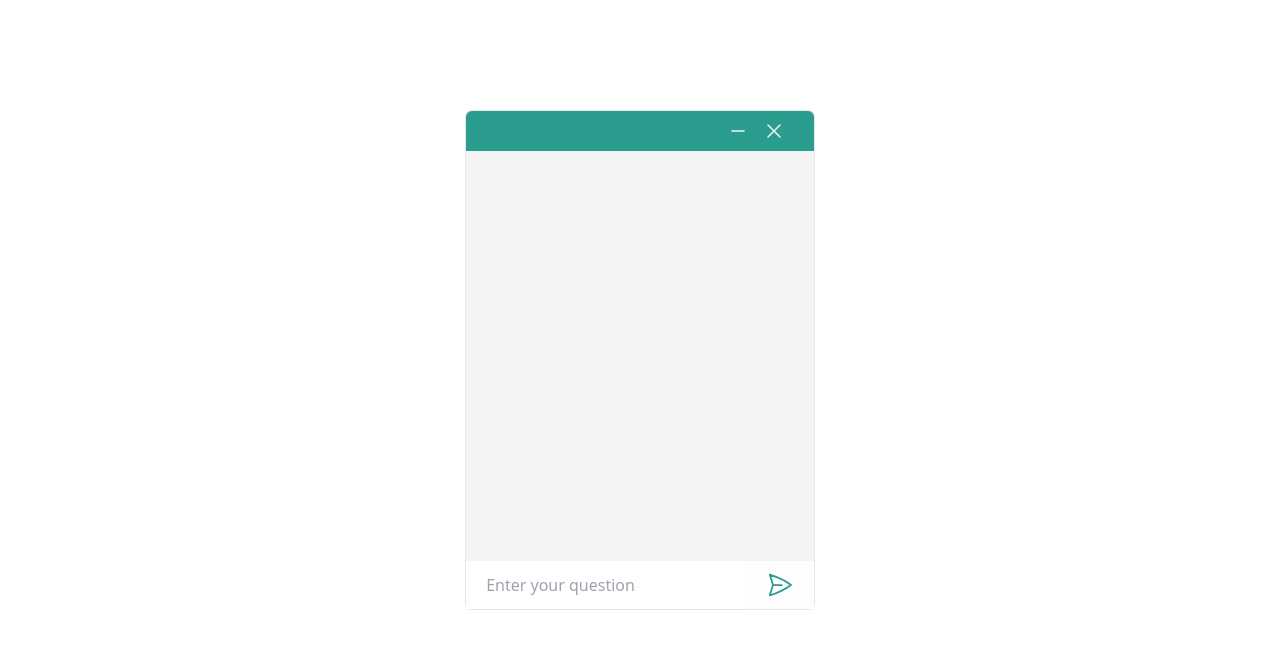
Repository: hsumyatm7308/Chatbot
Page: index.html
The author's editor kept a copy of each file at every save. The page is drawn from the files as they stood at one save, then again after a run of saves.
The browser window is 1280 px wide. The pictures show the whole page.
Some web libraries are served in a nearby version.

Above is the page before, as saved 2023-07-08 17:37:04.

### index.html
<!DOCTYPE html>
<html>

<head>
    <title>Chat Bot</title>
    <script src="https://cdn.tailwindcss.com"></script>
</head>

<body class="bg-[#fffff]">

    <div class="w-screen h-screen flex justify-center items-center  container">
        <div class="w-[350px] h-[500px] bg-[#f4f4f4] border border-b-stone-200 rounded-md relative chatbot-container">
            <div
                class="w-full h-10 text-[#f4f4f4] bg-[#2a9d8f] rounded-tl-md rounded-tr-md flex justify-end items-center">
                <svg xmlns="http://www.w3.org/2000/svg" fill="none" viewBox="0 0 24 24" stroke-width="1.5"
                    stroke="currentColor" class="w-6 h-6 mr-3">
                    <path stroke-linecap="round" stroke-linejoin="round" d="M18 12H6" />
                </svg>

                <svg xmlns="http://www.w3.org/2000/svg" fill="none" viewBox="0 0 24 24" stroke-width="1.5"
                    stroke="currentColor" class="w-6 h-6 mr-7">
                    <path stroke-linecap="round" stroke-linejoin="round" d="M6 18L18 6M6 6l12 12" />
                </svg>

            </div>

            <div class="w-full h-auto overflow-y-auto">
                 <div class="w-full bg-red-500 grid grid-columns-3 profile-side">
                       <div class="bg-stone-300 col-span-1">

                       </div>
                       <div class=" bg-blue-500 col-span-2">

                       </div>
                 </div>
            </div>

            <div class="w-full h-12 bg-[#fefefe] absolute bottom-0">
                <form action="" class="w-full h-12 bg-[#fefefe] flex justify-between items-center">
                    <input type="text" class="w-[80%] h-full  rounded-bl-md p-4" placeholder=" Enter your question">

                    <button type="submit" class="mr-5">
                        <svg xmlns="http://www.w3.org/2000/svg" fill="none" viewBox="0 0 24 24" stroke-width="1.5"
                            stroke="currentColor" class="w-7 h-7 text-[#2a9d8f]">
                            <path stroke-linecap="round" stroke-linejoin="round"
                                d="M6 12L3.269 3.126A59.768 59.768 0 0121.485 12 59.77 59.77 0 013.27 20.876L5.999 12zm0 0h7.5" />
                        </svg>

                    </button>
                </form>
            </div>
        </div>
    </div>

</body>

</html>

After the next 3 saves:
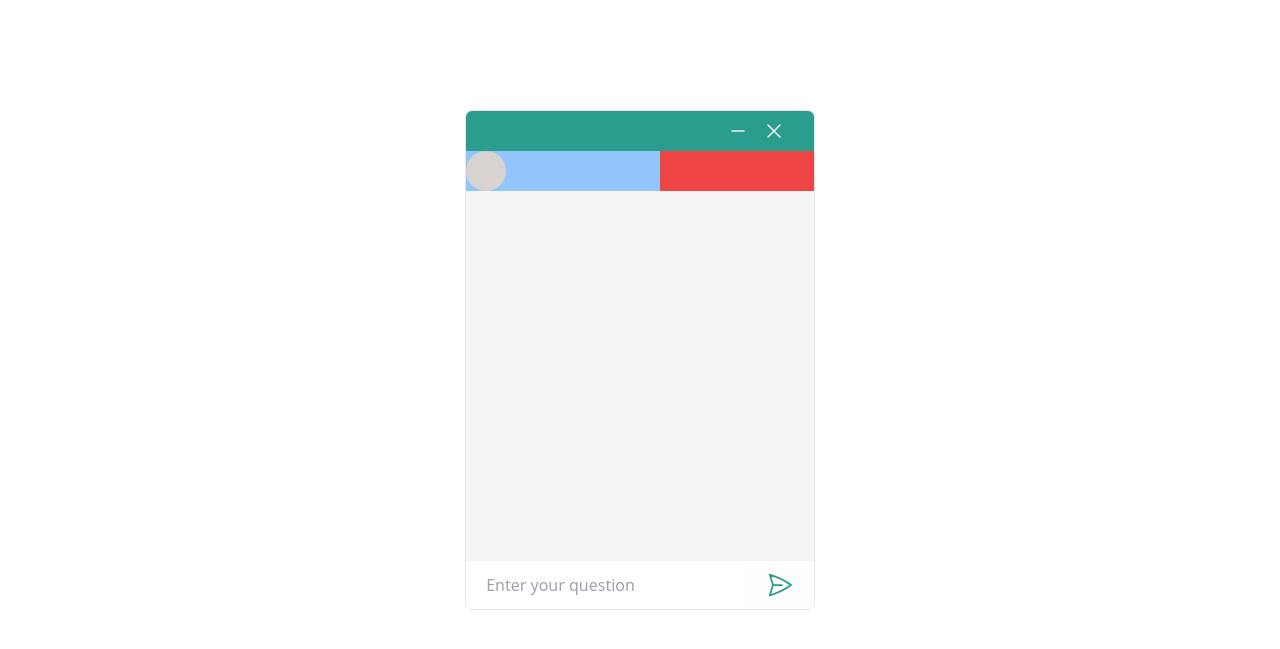
The 3 saves are shown as one change because they came seconds apart.
The last was saved 31 s later.
--- a/index.html
+++ b/index.html
@@ -26,10 +26,12 @@
 
             <div class="w-full h-auto overflow-y-auto">
                  <div class="w-full bg-red-500 grid grid-columns-3 profile-side">
-                       <div class="bg-stone-300 col-span-1">
+                       <div class="bg-blue-300 col-span-1">
+                            <div class="w-10 h-10 rounded-full bg-stone-300">
 
+                            </div>
                        </div>
-                       <div class=" bg-blue-500 col-span-2">
+                       <div class=" bg-blue-200 col-span-2">
 
                        </div>
                  </div>
